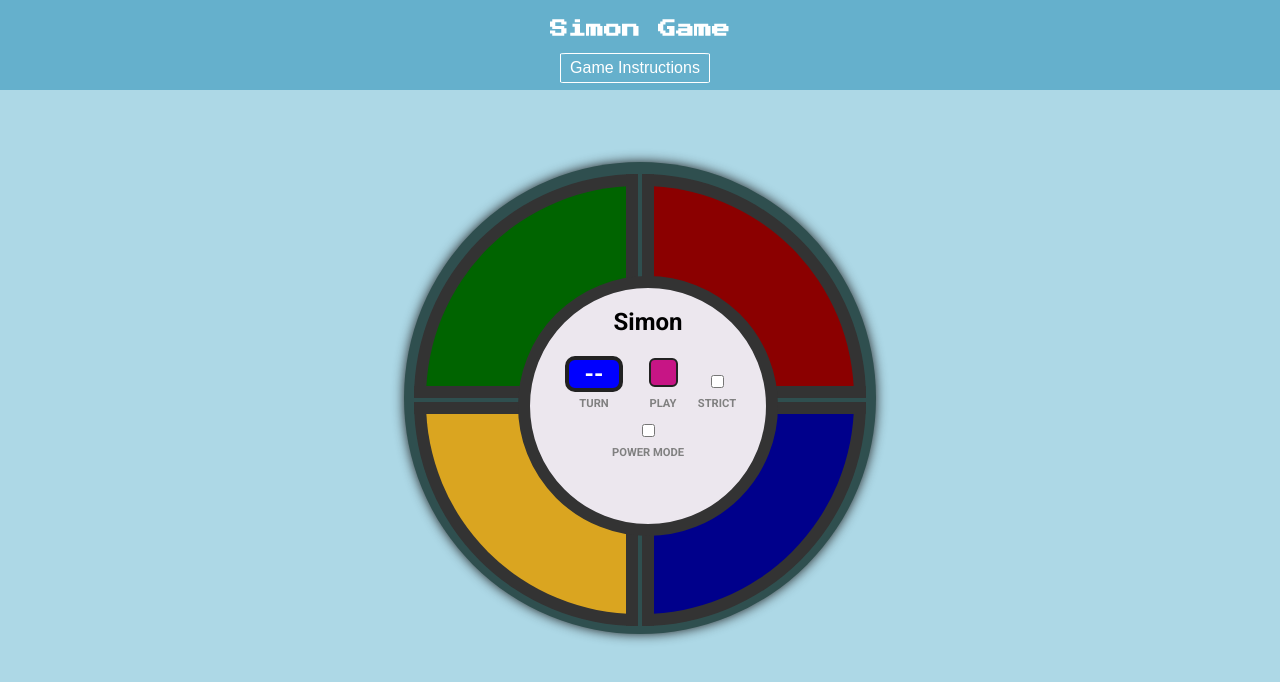
Repository: bbarbara19/memorygame
Page: index.html
The author's editor kept a record of every edit. The page is drawn from the files as they stood at one moment, then again after the next edit.
The browser window is 1280 px wide. The pictures show the whole page.
Some web libraries are served in a nearby version.

Above is the page before.

### index.html
<!DOCTYPE html>
<html lang="en">
<head>
    <meta charset="UTF-8">
    <meta name="viewport" content="width=device-width, initial-scale=1.0">
    <meta http-equiv="X-UA-Compatible" content="ie=edge">
    <link rel="stylesheet" href="style.css" type="text/css"/>
    <script src="https://cdn.jsdelivr.net/npm/sweetalert2@8"></script>
    <link rel="stylesheet" href="https://use.fontawesome.com/releases/v5.4.2/css/all.css" integrity="sha384-/rXc/GQVaYpyDdyxK+ecHPVYJSN9bmVFBvjA/9eOB+pb3F2w2N6fc5qB9Ew5yIns" crossorigin="anonymous">
    <title>Simon Game</title>
      <audio id="clip1" src="sounds/simonSound1.mp3"></audio>
      <audio id="clip2" src="sounds/simonSound2.mp3"></audio>
      <audio id="clip3" src="sounds/simonSound3.mp3"></audio>
      <audio id="clip4" src="sounds/simonSound4.mp3"></audio>
</head>
<body>

<!--nav bar-->
<nav>
    <div class="title">
        <h1>Simon Game</h1>
    </div>
    <div class="btn-wrap">
            <button class="btn-GameHelp" onclick="gamehelp();">Game Instructions</button>
    </div>
</nav>
<!--end nav bar-->

<!--Container Game console-->
<div class="container">
    <div class="fourPads">
        <div>
            <div class="inline pad green" id='green'></div>
            <div class="inline pad red" id='red'></div>
        </div>
        <div>
          <div class="inline pad yellow" id='yellow'></div>
          <div class="inline pad blue" id='blue'></div>
        </div>
     </div> <!--end fourPads -->
     <div class="console"><!--inner game console -->
         <h2>Simon</h2>
         <div class="rw">
             <div class="display inline">
                 <h2 class="counter boxTurn" id="Counter">--</h2>
                 <h3 class="label">TURN</h3>
             </div>
             <div class="btn-box inline">
                 <div class="play-btn clickable" id="start"></div>
                 <h3 class="label">PLAY</h3>
             </div>
             <div class="btn-box inline">
                 <input type="checkbox" class="toggle" id="strictMode">
                 <h3 class="label">STRICT</h3>
             </div>
             <div>
                 <div>
                 <input type="checkbox" class="toggle inline" id="powerMode">
                 <h3 class="label">POWER MODE</h3>
                 </div>
             </div>
             <!--end center div-->
         </div>
    </div>
    <!--end inner game console -->
</div>
<!--end main game container -->
<script type="text/javascript" src="script.js"></script>
</body>
</html>

### style.css
@import url('https://fonts.googleapis.com/css?family=Roboto:300,400,500,700&display=swap');
@import url('https://fonts.googleapis.com/css?family=Press+Start+2P&display=swap');

body {
 background-color: lightblue;
 font-family:Roboto;
 margin:0;
 padding:0;
}



/*--style Button Drop down instructions--*/

/* Dropdown Button */
.btn-GameHelp {
  background-color: #65b0cc;
  color: white;
  padding: 5px;
  width:150px;
  position: relative;
  margin: 10 auto;
  font-size: 16px;
  cursor: pointer;
  left:20px;
  border-radius:4%;
  border: solid 1px white;
  text-align:center;
}

.btn-GameHelp:hover {
  background-color: LightBlue;
  color:#3085d6;
  border: solid 1px  #3085d6;
}

.btn-wrap {
  width: 200px;
  margin: 0 auto;
  position:relative;
}

nav {
  margin:0;
  width:100%;
  height:70px;
  background-color:#65b0cc;
  padding-top: 10px;
  padding-bottom: 10px;
  padding-right: 0px;
  padding-left: 0px;
}

.title{
 width: 50%;
 margin: 0 auto;
}

/*--End style Button Drop down instructions--*/


/*--Start style Game container--*/

h1{
  font-family: 'Press Start 2P', cursive !important;
  font-size:18px;
  color : white !important;
  margin-top:10px;
  text-align:center;
}

.container{
  width: 472px;
  height:472px;
  border-radius:100%;
  position: relative;
  text-align: center;
  margin:auto;
  background-color:darkslategray;
  top:10vh;
  box-shadow: 0px 0px 12px #222;
}

.fourPads{
  position: relative;
  top:12px;
}

.pad.red {
    background:darkred;
    border-top-right-radius : 100%;
}

.pad.green {
    background:darkgreen;
    border-top-left-radius : 100%;
}

.pad.yellow {
    background:goldenrod;
    border-bottom-left-radius : 100%;
}

.pad.blue {
    background:darkblue;
    border-bottom-right-radius : 100%;
}

.console{
  width:50%;
  height:50%;
  position : absolute;
  border-radius:100%;
  top:50%;
  left:50%;
  margin: -122px 0 0  -122px;
  background-color:#ECE7EE;
  border: 12px solid #333;
}

.pad {
  position  : relative;
 /* width:200px;*/
 /* height:200px;*/
  width:200px;
  height:200px;
  background-color : grey;
  border: 12px solid #333;
}

.inline{
  display: inline-block;
}

.counter{
  font-family: Roboto;
  color : white;
  padding : 0px;
  font-size : 1.5em;
  width : 50px;
  background-color: #00FF;
  position:relative;
  border : 4px solid #222;
  border-radius : 10px;
  margin:auto;
}

.play-btn{
  width : 25px;
  height : 25px;
  position: relative;
  background-color : mediumvioletred;
  border-radius : 20%;
  border : 2px solid #222;
  margin:auto;
  top : -5px;
}

.play-btn:active{
    box-shadow : 0 1px 1px #292929;
    top : -4px;
}

.clickable{
  pointer-events : auto;
  cursor:pointer;
}

.led-on{
  background-color:#DC0D29;
}

.led-off{
  color:white;
}

.label{
  color : grey;
  font-family :Roboto;
  font-size:0.7em;
  margin-top:5px;
  text-align:center;
}

.display{
  width : 80px;
  position:relative;
  text-align:center;
}

.btn-box{
  width : 50px;
  position:relative;
}
/*--style Game container--*/

/* media query scaling for mobile */
@media screen and (max-width: 480px) {

  .container {
    top: 20px;
    -moz-transform: scale(0.7);
    -ms-transform: scale(0.7);
    -o-transform: scale(0.7);
    -webkit-transform: scale(0.7);
    transform: scale(0.7); /* scaleX(0.6) scaleY(0.6) */

    -o-transform-origin: 0 0;
    -ms-transform-origin: 0 0;
    -webkit-transform-origin: 0 0;
    -moz-transform-origin: 0 0;
    transform-origin: 0 0;

    left: 50%;
    margin-left: -142px;
  }
}


/* styling the icons of the win and game over alerts */
.fa-medal {
  font-size: 100px;
  color: #65b0cc;
  padding-bottom: 10px;
}

.fa-gamepad {
  font-size: 100px;
  color: #65b0cc;
  padding-bottom: 10px;
}

### script.js
let SimonOrder = [];
let playerOrder = [];
let lights;
let turn;
let winTurn;
let SimonTurn;
let intervalId;
let strict = false;
let sound = true;
let power = false;
let win;

const turnCounter = document.querySelector("#Counter");

/* event listener to check if StrictMode is checked or not */
function StrictMode(){
  if (document.querySelector('#strictMode').checked == true){
  console.log('selezionato');
  strict = true;
  } else {
  strict = false;
  }
}

/* event listener on the click on the strict mode checkbox, to call the function StrictMode()*/
document.querySelector('#strictMode').addEventListener('click', function(){
 console.log('StrictMode');
 StrictMode();
})


/* Power mode checked - allows different messages on the counter box */
function PowerChecked(){
if (document.querySelector('#powerMode').checked == true){
  console.log('power mode is on');
  power = true;
  document.querySelector(".boxTurn").innerHTML = "ON";
  } else {
  console.log('power mode is off');
  power = false;
  document.querySelector(".boxTurn").innerHTML = "OFF";
  clearColor();
  clearInterval(intervalId);
  }
}

/* event listener on the click on the power mode checkbox, to call the function PowerChecked()*/
document.querySelector('#powerMode').addEventListener('click', function(){
 console.log('PowerClicked');
 PowerChecked();
 alert('Power Mode active, press the Play button!')
})

/* function clear Color - reset the pad colours to dark after the turn */
function clearColor() {
  document.querySelector('.green').style.backgroundColor = "darkgreen";
  document.querySelector('.red').style.backgroundColor = "darkred";
  document.querySelector('.yellow').style.backgroundColor = "goldenrod";
  document.querySelector('.blue').style.backgroundColor = "darkblue";
}

/* function Flash Color - flashes the pad colours during the turn */
function flashColor() {
 document.querySelector('.green').style.backgroundColor = "lime";
 document.querySelector('.red').style.backgroundColor = "red";
 document.querySelector('.yellow').style.backgroundColor = "yellow";
 document.querySelector('.blue').style.backgroundColor = "turquoise";
}

/* functions play audio clips */
function padgreen() {
  if (sound) {
    let audio = document.getElementById("clip1");
    audio.play();
  }
  sound = true;
  document.querySelector('.green').style.backgroundColor = "lime";
}

function padred() {
  if (sound) {
    let audio = document.getElementById("clip2");
    audio.play();
  }
  sound = true;
  document.querySelector('.red').style.backgroundColor = "red";
}

function padblue() {
  if (sound) {
    let audio = document.getElementById("clip3");
    audio.play();
  }
  sound = true;
  document.querySelector('.blue').style.backgroundColor = "turquoise";
}

function padyellow() {
  if (sound) {
    let audio = document.getElementById("clip4");
    audio.play();
  }
  sound = true;
  document.querySelector('.yellow').style.backgroundColor = "yellow";
}

/* Play function that generates the game sequence, resets the Simon and player order array,
sets the turn counter to 1 */

function play() {
  SimonOrder = [];
  playerOrder = [];
  lights = 0;
  win = false;
  winTurn = true;
  intervalId = 0;
  turn = 1;
  turnCounter.innerHTML = 1;
  for (var i = 0; i < 10; i++) {
    SimonOrder.push(Math.floor(Math.random() * 4) + 1);
  }
  console.log(SimonOrder);
  SimonTurn = true; /*it starts with the computer turn*/
  intervalId = setInterval(gameTurn, 800); //
}

function gameTurn() {
  power = false;
/* during the computer turn the event listener on the pad clicks is disabled */
  if (lights == turn) {
    clearInterval(intervalId);
    SimonTurn = false;
    clearColor();
    power = true;
  }

/* if it is the computer turn, it clears all the pad colours and activate the lights sequence */
  if (SimonTurn) {
    clearColor();
    setTimeout( function Flash() {
      if (SimonOrder[lights] == 1){
        padgreen();
      }
      if (SimonOrder[lights] == 2){
        padred();
      }
      if (SimonOrder[lights] == 3){
        padblue();
      }
      if (SimonOrder[lights] == 4){
        padyellow();
      }
      lights++; //the number of lights is going to be incremented of one at each turn
    }, 200);
  }
}

/*event listener of the start button to call the play()function*/
document.querySelector("#start").addEventListener('click', function StartCommand(){
  if (power || win) {
  console.log('start pressed');
  play();
  }
})

/*function that checks the win status of the turn*/
function winTest() {
  if (playerOrder[playerOrder.length - 1] !== SimonOrder[playerOrder.length - 1]) {
    winTurn = false;
    console.log(winTurn);
    flashColor();
    turnCounter.innerHTML ="NO!";
    if (strict){
    clearColor();
    setTimeout(function(){ gameOverAlert(); }, 100);
    play();//resets the game and starts play again
    }
    else {
    setTimeout(function(){ window.alert("Wait for the new Simon round and try again!"); }, 70);
    setTimeout(function(){
      turnCounter.innerHTML = turn;
      clearColor();
      SimonTurn = true;
      lights = 0;
      playerOrder = [];
      winTurn = true;
      intervalId = setInterval(gameTurn, 800);
       }, 800);
       sound = false;
      }
  }

  if (playerOrder.length == 10 && winTurn) {
    winGame();
  }

  if (turn == playerOrder.length && winTurn && !win) {
    turn++;
    playerOrder = [];
    SimonTurn = true;
    lights = 0;
    setTimeout(function(){ window.alert("you won the turn!"); }, 70);
    setTimeout(function(){ turnCounter.innerHTML = turn; }, 70);
    turnCounter.innerHTML = turn;
    intervalId = setInterval(gameTurn, 800);
    console.log('the turn number is:'+turn);
  }
}

/*function that listens to the player click on the pads, records the number clicked in the Player Order array
flashes the pad and sounds and after a timeout clear the pad colours*/

document.querySelectorAll('.pad').forEach(function(e){
    e.addEventListener('click', function(){
      if (power){
        console.log('cliccato');
        var padClicked = this.id;
              switch (padClicked) {
              case "green":
                console.log('green clicked');
                playerOrder.push(1);
                console.log(playerOrder);
                padgreen();
                winTest();
                if (!win) {
                  setTimeout(function(){
                  clearColor();
                 }, 300);
                }
                break;
              case "yellow":
                console.log('yellow clicked');
                playerOrder.push(4);
                console.log(playerOrder);
                padyellow();
                winTest();
                if (!win) {
                  setTimeout(function(){
                  clearColor();
                 }, 300);
                }
                break;
              case "red":
                console.log('red clicked');
                playerOrder.push(2);
                console.log(playerOrder);
                padred();
                winTest();
                if (!win) {
                  setTimeout(function(){
                  clearColor();
                 }, 300);
                }
                break;
              case "blue":
                console.log('blue clicked');
                playerOrder.push(3);
                console.log(playerOrder);
                padblue();
                winTest();
                if (!win) {
                  setTimeout(function(){
                  clearColor();
                 }, 300);
                }
                break;
              default:
                console.log('no match found');
            }
         }
          })
      })


/*function win the game*/
function winGame() {
  flashColor();
  turnCounter.innerHTML = "WIN!";
  power = false;
  win = true;
  gameWinAlert();
}



/*function sweetalert2 - alert Game Help instructions*/
function gamehelp()
  {
    Swal.fire({
  type: 'info',
  text: "You won't be able to revert this!",
  html:
    '<small>Simon is a memory game in which you need to repeat a sequence of tones and lights, played by the device by pressing the buttons.</small>' +
    '<small>To win the game you have to pass 10 rounds, at each turn, the series becomes progressively longer and more complex.</small>' +
    '<small><h3><b>How to play</b></h3></small>' +
    '<li><small>To start the game check the Power Mode and the Play button</small></li>' +
    '<li><small>Each turn starts with the device flashing a sequence of lights</small></li>' +
    '<li><small>You have to repeat the same sequence by pressing the buttons</small></li>' +
    '<li><small>If you do a mistake, you can retry after the sequence is repeated</small></li>' +
    '<li><small>With the strict mode checked, the game is over after each mistake</small></li>' +
    '<li><small>The number of flashes matches the turn number of the counter</small></li>' +
    '<li><small>In each turn an additional sound is added to the previous sequence</small></li>',
  showCloseButton: true,
  showCancelButton: false,
  focusConfirm: false,
  confirmButtonAriaLabel: 'Thumbs up, great!',
    })
  }

/*function sweetalert2 - alert Win Game */
function gameWinAlert()
  {
   Swal.fire({
  html:
    '<i class="fas fa-medal"></i> ' +
    '</br> ' +
    '<b>Congratulations!</b> ' +
    'You are the winner!</b>',
  showCloseButton: false,
  showCancelButton: false,
  focusConfirm: false,
  confirmButtonAriaLabel: 'Thumbs up, great!',
    })
  }

/*function sweetalert2 - alert game over*/
function gameOverAlert()
  {
   Swal.fire({
  html:
    '<i class="fas fa-gamepad"></i> ' +
    '</br> ' +
    '<b>Game Over</b> ' +
    'Play again!</b>',
  showCloseButton: false,
  showCancelButton: false,
  focusConfirm: false,
  confirmButtonAriaLabel: 'Thumbs up, great!',
    })
  }

After the next edit:
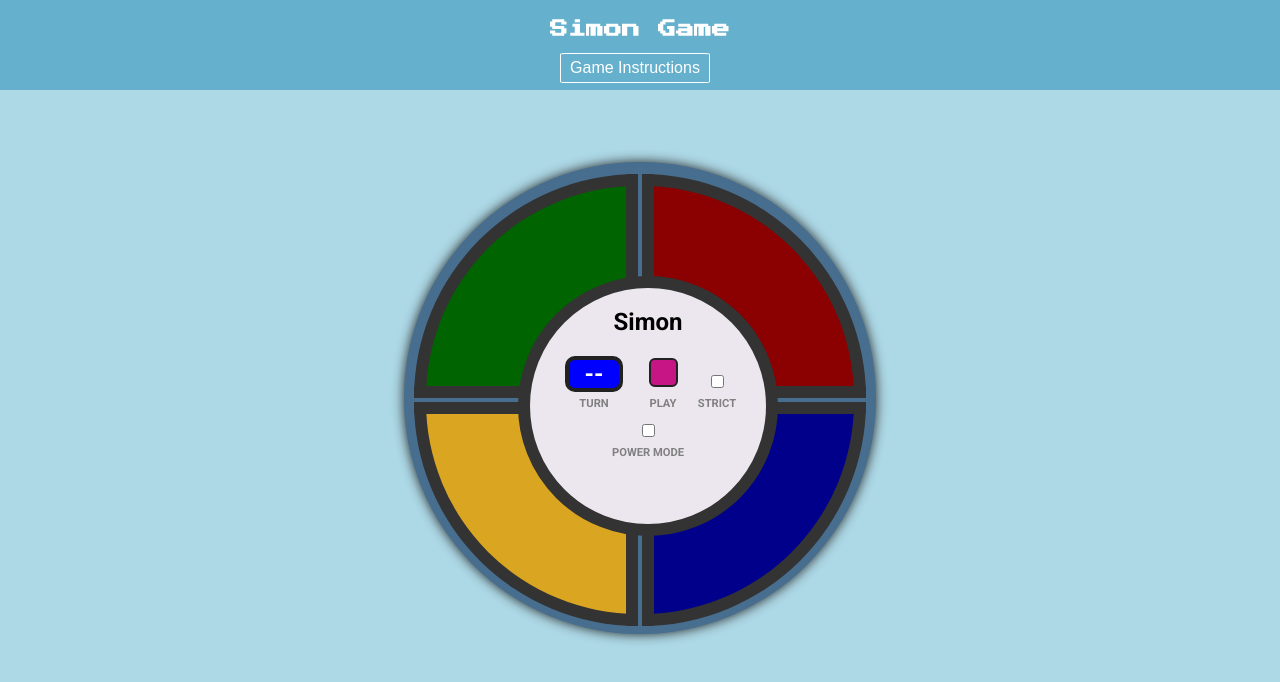
The edit:
--- a/style.css
+++ b/style.css
@@ -76,7 +76,7 @@
   position: relative;
   text-align: center;
   margin:auto;
-  background-color:darkslategray;
+  background-color:#476e8f;
   top:10vh;
   box-shadow: 0px 0px 12px #222;
 }
